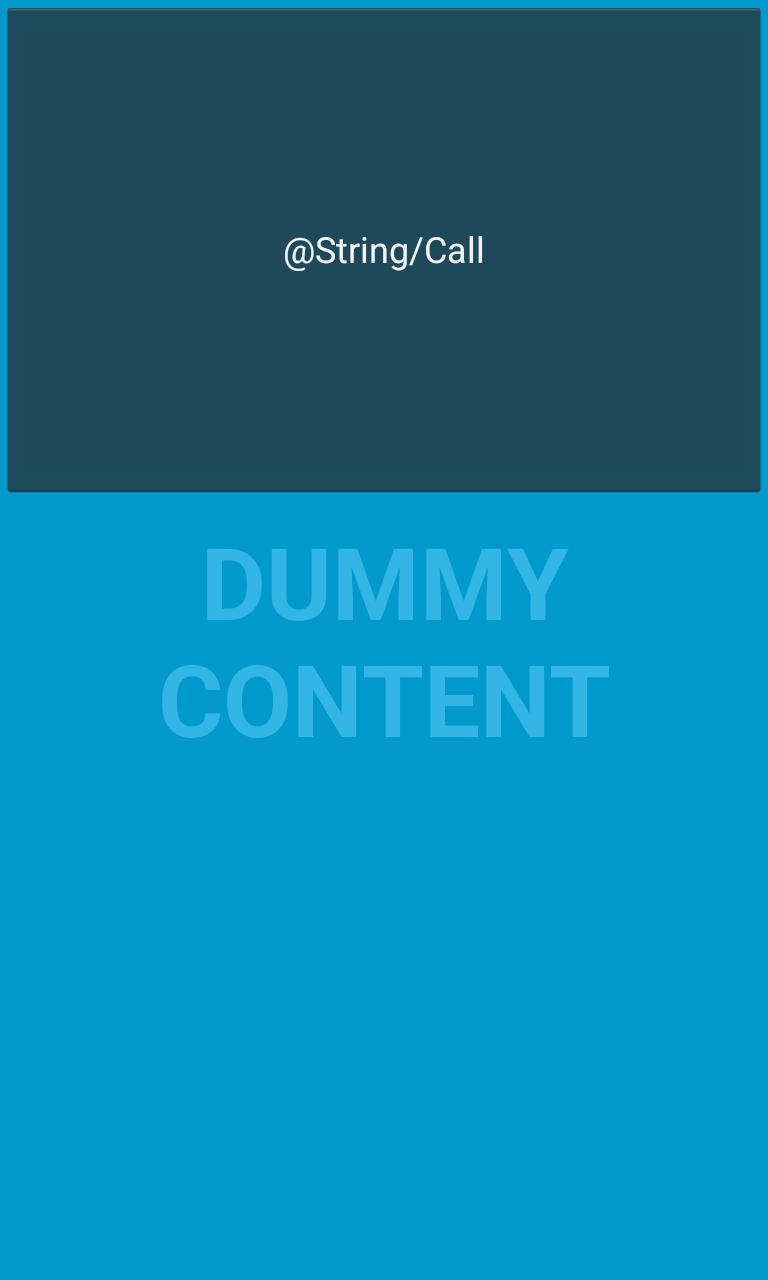
Repository: shababislam/VDialer3000
Layout: VDialer3000/res/layout/activity_fullscreen.xml
These files come from the project's save history. The layout is drawn as it stood at one moment and after the next save; the edit follows.
It is drawn on a 768 x 1280 px phone screen (xhdpi) without system bars, with theme FullscreenTheme; the app's code is not run.

Above is the layout before, as saved 2016-12-03 21:42:04.

### VDialer3000/res/layout/activity_fullscreen.xml
<FrameLayout xmlns:android="http://schemas.android.com/apk/res/android"
    xmlns:tools="http://schemas.android.com/tools"
    android:layout_width="match_parent"
    android:layout_height="match_parent"
    android:background="#0099cc"
    tools:context="com.team_a_3000.vdialer.FullscreenActivity" >

    <!--
         The primary full-screen view. This can be replaced with whatever view
         is needed to present your content, e.g. VideoView, SurfaceView,
         TextureView, etc.
    -->

    <TextView
        android:id="@+id/fullscreen_content"
        android:layout_width="match_parent"
        android:layout_height="match_parent"
        android:gravity="center"
        android:keepScreenOn="true"
        android:text="@string/dummy_content"
        android:textColor="#33b5e5"
        android:textSize="50sp"
        android:textStyle="bold" />

    <!--
         This FrameLayout insets its children based on system windows using
         android:fitsSystemWindows.
    -->

    <FrameLayout
        android:layout_width="match_parent"
        android:layout_height="match_parent"
        android:fitsSystemWindows="true" >

        <Button
            android:id="@+id/button1"
            android:layout_width="match_parent"
            android:layout_height="249dp"
            android:text="@String/Call" />

    </FrameLayout>

</FrameLayout>

### VDialer3000/res/values/strings.xml
<?xml version="1.0" encoding="utf-8"?>
<resources>

    <string name="app_name">VDialer</string>
    <string name="dummy_button">Dummy Button</string>
    <string name="dummy_content">DUMMY\nCONTENT</string>

</resources>

Loaded but not shown: VDialer3000/res/values-v11/styles.xml (common file); VDialer3000/res/values/styles.xml (common file); VDialer3000/res/values/colors.xml (common file)

After the next save:
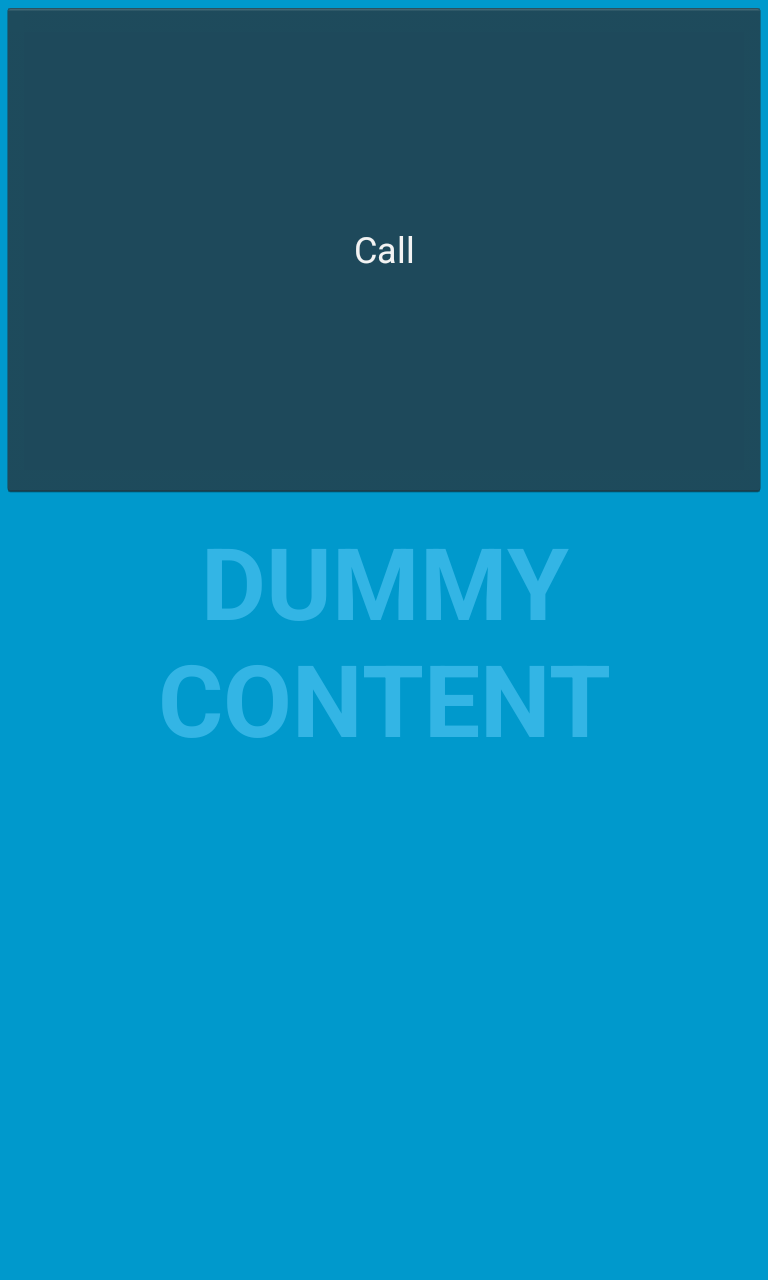
Saved 9 min 27 s later.
--- a/VDialer3000/res/layout/activity_fullscreen.xml
+++ b/VDialer3000/res/layout/activity_fullscreen.xml
@@ -36,7 +36,7 @@
             android:id="@+id/button1"
             android:layout_width="match_parent"
             android:layout_height="249dp"
-            android:text="@String/Call" />
+            android:text="Call" />
 
     </FrameLayout>
 
